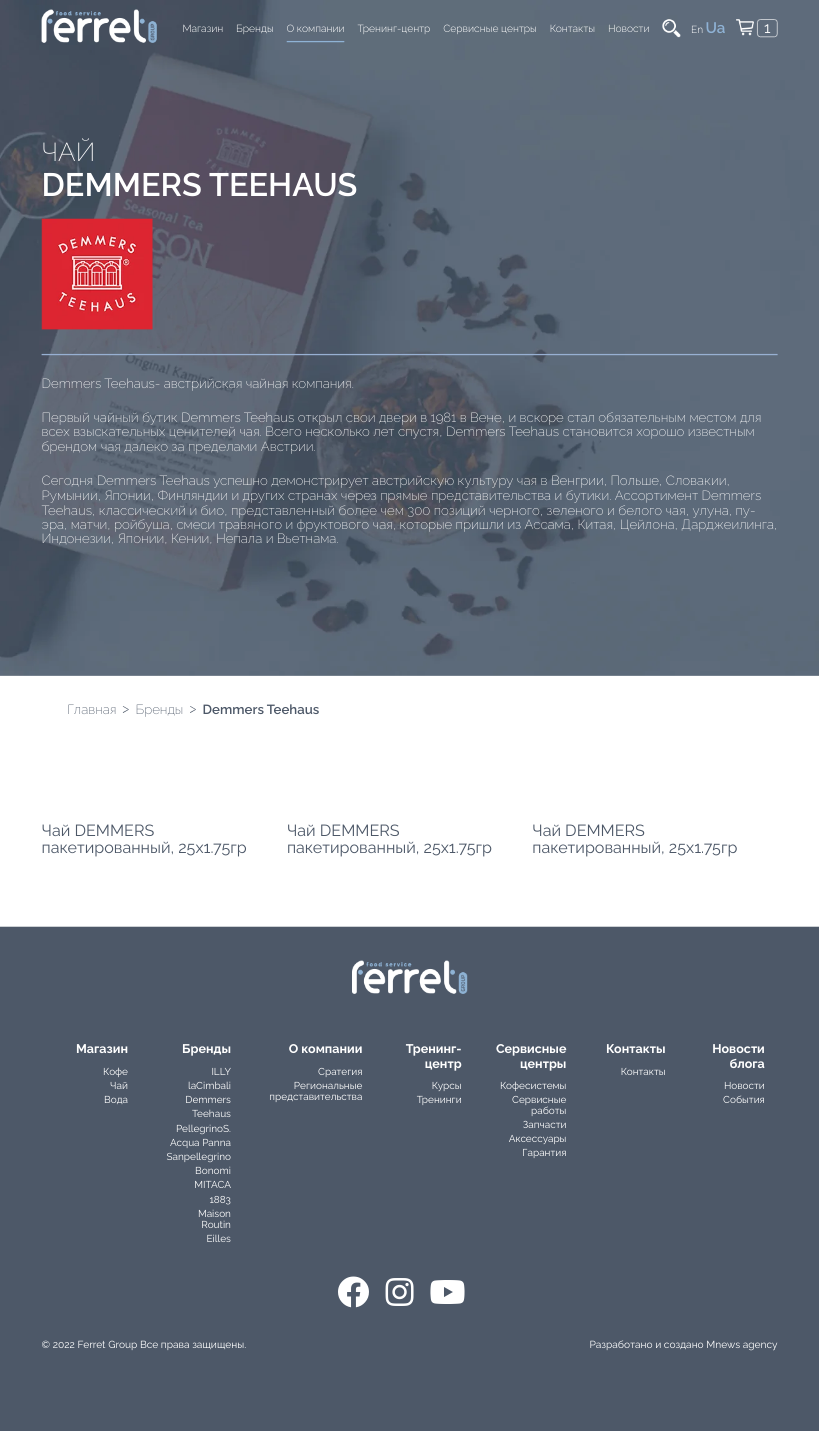
Repository: fanbear/ferret
Page: brands.html
An editor plug-in stored every save of this project. The page is shown before and after the next save, followed by the edit.
The browser window is 1280 px wide. The pictures show the whole page, at 64% of full size.

Above is the page before, as saved 2022-02-02 00:15:51.
Console error: TypeError: Cannot read properties of null (reading 'addEventListener')

### brands.html
<!DOCTYPE html>
<html lang="en">

<head>
    <meta charset="UTF-8">
    <meta http-equiv="X-UA-Compatible" content="IE=edge">
    <meta name="viewport" content="width=device-width, initial-scale=1.0">
    <title>Document</title>
    <link preload
        href="https://fonts.googleapis.com/css2?family=Raleway:ital,wght@0,100;0,200;0,300;0,400;0,500;0,600;0,700;0,800;1,100;1,200;1,300;1,400;1,500;1,600;1,700&display=swap"
        rel="stylesheet">

    <link rel="stylesheet" href="./css/normalize.css">
    <link rel="stylesheet" href="./css/critical.css">
    <link rel="stylesheet" href="./css/media.css">

</head>

<body>
    <header class="flex-containev main__header">
        <div class="flex-row">
            <div class="main__header-wrapper">
                <div class="header__wrapper-logo">
                    <img src="./img/logotype.png" alt="ferretGroup" width="180" height="52">
                </div>
                <nav class="header__wrapper-menu">
                    <ul>
                        <li><a href="#">Магазин</a></li>
                        <li><a href="#">Бренды</a></li>
                        <li class="active"><a href="#">О компании</a></li>
                        <li><a href="#">Тренинг-центр</a></li>
                        <li><a href="#">Сервисные центры</a></li>
                        <li><a href="#">Контакты</a></li>
                        <li><a href="#">Новости</a></li>
                    </ul>
                </nav>
                <div class="header__wrapper-actions">
                    <div class="wrapper__actions-search">
                        <a href="#"><img src="./img/search.png" alt="Поиск" width="28" height="28"></a>
                    </div>
                    <div class="wrapper__actions-language">
                        <a href="#">En</a>
                        <a class="active" href="#">Ua</a>
                    </div>
                    <div class="wrapper__actions-busket">
                        <img src="./img/basket.png" alt="корзина" width="28" height="25">
                        <span>1</span>
                    </div>
                </div>
            </div>
        </div>
    </header>
    <main class="flex-container main__content">
        <section class="brand__header" style="background-image: url('./img/brand-tea.webp');">
            <div class="flex-row">
                <div class="brand__header-title">
                    <h1>ЧАЙ <span>DEMMERS TEEHAUS</span></h1>
                </div>
                <div class="brand__header-logotype">
                    <img src="./img/tea-logo.webp" alt="DEMMERS TEEHAUS" width="174" height="174">
                </div>
                <hr class="brand__header-line">
                <div class="brand__header-desc">
                    <p>Demmers Teehaus- австрийская чайная компания.</p>
                    <p>Первый чайный бутик Demmers Teehaus открыл свои двери в 1981 в Вене, и вскоре стал обязательным
                        местом для всех
                        взыскательных ценителей чая. Всего несколько лет спустя, Demmers Teehaus становится хорошо
                        известным
                        брендом чая далеко
                        за пределами Австрии.</p>
                    <p>Сегодня Demmers Teehaus успешно демонстрирует австрийскую культуру чая в Венгрии, Польше,
                        Словакии,
                        Румынии, Японии,
                        Финляндии и других странах через прямые представительства и бутики. Ассортимент Demmers Teehaus,
                        классический и био,
                        представленный более чем 300 позиций черного, зеленого и белого чая, улуна, пу-эра, матчи,
                        ройбуша,
                        смеси травяного и
                        фруктового чая, которые пришли из Ассама, Китая, Цейлона, Дарджеилинга, Индонезии, Японии,
                        Кении,
                        Непала и Вьетнама.</p>
                </div>
            </div>
        </section>
        <section class="brand__product">
            <div class="flex-row">
                <div class="breadcrumbs">
                    <ul>
                        <!-- Breadcrumb NavXT 7.0.2 -->
                        <li class="home post post-page">
                            <a title="Перейти к web-heaven." href="#">Главная</a>
                        </li>
                        <li class="post post-page">
                            <a title="Перейти к web-heaven." href="#">Бренды</a>
                        </li>
                        <li class="post post-page current-item">
                            <span class="post post-page current-item">Demmers Teehaus</span>
                        </li>
                    </ul>
                </div>
                <div class="brand__product-filter">
                    <div class="filter__item">
                        <div class="filter__item-title filter__item-active">
                            <a href="#">Чай DEMMERS пакетированный, 25х1.75гр</a>
                        </div>
                    </div>
                    <div class="filter__item">
                        <div class="filter__item-title filter__item-active">
                            <a href="#">Чай DEMMERS пакетированный, 25х1.75гр</a>
                        </div>
                    </div>
                    <div class="filter__item">
                        <div class="filter__item-title filter__item-active">
                            <a href="#">Чай DEMMERS пакетированный, 25х1.75гр</a>
                        </div>
                    </div>
                </div>
                <div class="brand__product-wrapper"></div>
            </div>
        </section>
    </main>
    <footer class="flex-containe main__footer">
        <div class="flex-row">
            <div class="main__footer-logotype"><img src="./img/logotype.png" alt="ferretGroup" width="180" height="52">
            </div>
            <div class="main__footer-menu">
                <div class="footer__menu-item">
                    <div class="footer__menu-item__title">Магазин</div>
                    <ul class="footer__menu-item__list">
                        <li><a href="#">Кофе</a></li>
                        <li><a href="#">Чай</a></li>
                        <li><a href="#">Вода</a></li>
                    </ul>
                </div>
                <div class="footer__menu-item">
                    <div class="footer__menu-item__title">Бренды</div>
                    <ul class="footer__menu-item__list">
                        <li><a href="#">ILLY</a></li>
                        <li><a href="#">laCimbali</a></li>
                        <li><a href="#">Demmers</a></li>
                        <li><a href="#">Teehaus</a></li>
                        <li><a href="#">Pellegrino</a>S.</li>
                        <li><a href="#">Acqua Panna</a></li>
                        <li><a href="#">Sanpellegrino</a></li>
                        <li><a href="#">Bonomi</a></li>
                        <li><a href="#">MITACA</a></li>
                        <li><a href="#">1883</a></li>
                        <li><a href="#">Maison Routin</a></li>
                        <li><a href="#">Eilles</a></li>
                    </ul>
                </div>
                <div class="footer__menu-item">
                    <div class="footer__menu-item__title">О компании</div>
                    <ul class="footer__menu-item__list">
                        <li><a href="#">Сратегия</a></li>
                        <li><a href="#">Региональные представительства</a></li>
                    </ul>
                </div>
                <div class="footer__menu-item">
                    <div class="footer__menu-item__title">Тренинг-центр</div>
                    <ul class="footer__menu-item__list">
                        <li><a href="#">Курсы</a></li>
                        <li><a href="#">Тренинги</a></li>
                    </ul>
                </div>
                <div class="footer__menu-item">
                    <div class="footer__menu-item__title">Сервисные центры</div>
                    <ul class="footer__menu-item__list">
                        <li><a href="#">Кофесистемы</a></li>
                        <li><a href="#">Сервисные работы</a></li>
                        <li><a href="#">Запчасти</a></li>
                        <li><a href="#">Аксессуары</a></li>
                        <li><a href="#">Гарантия</a></li>
                    </ul>
                </div>
                <div class="footer__menu-item">
                    <div class="footer__menu-item__title">Контакты</div>
                    <ul class="footer__menu-item__list">
                        <li><a href="#">Контакты</a></li>
                    </ul>
                </div>
                <div class="footer__menu-item">
                    <div class="footer__menu-item__title">Новости блога</div>
                    <ul class="footer__menu-item__list">
                        <li><a href="#">Новости</a> </li>
                        <li><a href="#">События</a></li>
                    </ul>
                </div>
            </div>
            <div class="main__footer-social">
                <a href="#"><i class="fab fa-facebook"></i></a>
                <a href="#"><i class="fab fa-instagram"></i></a>
                <a href=""><i class="fab fa-youtube"></i></a>
            </div>
            <div class="main__footer-bottom">
                <div class="footer__bottom-item"><a href="#">© 2022 Ferret Group Все права защищены.</a></div>
                <div class="footer__bottom-item"><a href="#">Разработано и создано Mnews agency</a></div>
            </div>
        </div>



        <link rel="stylesheet" href="./css/main.css">
        <link rel="stylesheet" type="text/css" href="./css/slick.css" />
        <link preload rel="stylesheet" href="https://use.fontawesome.com/releases/v5.15.4/css/all.css"
            integrity="sha384-DyZ88mC6Up2uqS4h/KRgHuoeGwBcD4Ng9SiP4dIRy0EXTlnuz47vAwmeGwVChigm" crossorigin="anonymous">
        <script src="https://code.jquery.com/jquery-3.6.0.min.js"
            integrity="sha256-/xUj+3OJU5yExlq6GSYGSHk7tPXikynS7ogEvDej/m4=" crossorigin="anonymous"></script>
        <script src="https://ajax.googleapis.com/ajax/libs/jquery/1.12.3/jquery.min.js"></script>
        <script type="text/javascript" src="./js/slick.min.js"></script>

        <script src="./js/main.js"></script>
        <script>
            $(document).ready(function () {
                $('.blog__news-slider').slick({
                    slidesToShow: 4,
                    slidesToScroll: 1,
                    // autoplay: true,
                    infinite: true,
                    autoplaySpeed: 2000,
                    prevArrow: "<button type='button' class='slick-prev pull-left'><span class='btn-arrow'></span></button>",
                    nextArrow: "<button type='button' class='slick-next pull-left'><span class='btn-arrow'></button>",
                });
            });
        </script>
    </footer>

</body>

</html>

### css/critical.css
:root {
    --desktop-width: 1180px;
    --table-width: 768px;
    --mobile-width: 478px;
}

html, body {
    scroll-behavior: smooth;
}

body {
    font-size: 14px;
    color: #ffffff;
    font-family: 'Raleway', sans-serif;
    line-height: 1.1;
    background: white;

}

div {
    box-sizing: border-box;
    -moz-box-sizing: border-box;
    -webkit-box-sizing: border-box;
}

a {
    color: white;
    text-decoration: none;
}

.flex-container {
    width: 100%;
    display: flex;
    flex-direction: column;
}

.flex-row {
    width: var(--desktop-width);
    display: flex;
    flex-direction: column;
    margin: 0 auto;
    padding: 0 15px;
}

.flex-center {
    display: flex;
    justify-content: center !important;
}

.main__header {
    position: fixed;
    top: 0;
    z-index: 2;
    width: 100%;
    padding: 15px 0;
    background-color: transparent;
}

/* Шапка сайта ----------------------
-------------------------------------*/
.header__wrapper-logo {
    display: flex;
    max-width: 180px;
    margin-bottom: 10px;
}

.header__wrapper-logo img {
    object-fit: cover;
}

.main__header-wrapper {
    display: flex;
    justify-content: space-between;
    align-items: center;

}

.header__wrapper-menu ul {
    display: flex;
    margin: 0;
}

.header__wrapper-menu ul li {
    list-style: none;
    margin-right: 20px;
    height: 40px;
    display: flex;
    align-items: center;
    box-sizing: border-box;
    border-bottom: 2px solid transparent;
    transition: 0.4s ease-out;
}

.header__wrapper-menu ul li:hover {
    border-bottom: 2px solid #8fb2d5;
    transition: 0.4s ease-in;
}

.header__wrapper-menu ul li.active {
    border-bottom: 2px solid #8fb2d5;
}

.header__wrapper-menu ul li a {
    font-size: 1.15em;
    font-weight: 300;
}

.header__wrapper-actions {
    width: 180px;
    display: flex;
    justify-content: space-between;
}

.wrapper__actions-language a {
    font-size: 1.14em;
    font-weight: 300;
}

.wrapper__actions-language a.active {
    font-size: 1.7em;
    font-weight: 600;
    color: #8fb2d5;
}

.wrapper__actions-busket {
    display: flex;
}

.wrapper__actions-busket img {
    margin-right: 5px;
}

.wrapper__actions-busket span {
    font-size: 1.7em;
    border-radius: 5px;
    width: 30px;
    height: 26px;
    border: 1px solid white;
    display: flex;
    justify-content: center;
    align-items: center;
}

.scroll-active {
    background-color: #4d5868;
    animation: bg-add 0.8s;
}

.scroll-deactive {
    background-color: transparent;
    animation: bg-dell 0.8s;
}

@keyframes bg-add {
    0% {
        background-color: transparent;
    }

    100% {
        background-color: #4d5868;
    }
}

@keyframes bg-dell {
    0% {
        background-color: #4d5868;
    }

    100% {
        background-color: transparent;
    }
}

/* Хлебные крошки */
.breadcrumbs {
    margin: 27px 0;
}

.breadcrumbs ul {
    display: flex;
}

.breadcrumbs ul li {
    margin-right: 30px;
    position: relative;
    list-style: none;
}

.breadcrumbs ul li a {
    color: #4d5868;
    font-weight: 200;
    font-size: 1.48em;
}

.breadcrumbs ul li span {
    color: #4d5868;
    font-weight: 600;
    font-size: 1.48em;
}

.breadcrumbs ul li a::before {
    content: '';
    background-color: #4d5868;
    height: 10px;
    width: 1px;
    position: absolute;
    display: block;
    right: -15px;
    top: 4px;
    transform: rotate(-60deg);
}

.breadcrumbs ul li a::after {
    content: '';
    background-color: #4d5868;
    height: 10px;
    width: 1px;
    position: absolute;
    display: block;
    right: -15px;
    bottom: 4px;
    transform: rotate(60deg);
}

/* Главная страница --------------------
----------------------------------------*/
.video {
    position: relative;
    display: flex;
    min-height: 100vh;
    flex-direction: column;
}

.video .video__item {
    position: absolute;
    left: 0;
    top: 0;
    width: 100%;
    height: 100%;
    object-fit: cover;
}

.arrow-down {
    position: absolute;
    z-index: 2;
    bottom: 145px;
    left: calc(50% - 20px);
    display: flex;
    justify-content: center;
    align-items: center;
    width: 20px;
    cursor: pointer;
}

.arrow-down a {
    width: 20px;
    height: 100%;
}

.arrow-down a span {
    display: flex;
    height: 60px;
    width: 3px;
    background-color: white;
    position: relative;
}

.arrow-down a span::before {
    content: '';
    display: block;
    position: absolute;
    height: 15px;
    width: 3px;
    bottom: -3px;
    left: -4px;
    transform: rotate(-45deg);
    background-color: white;
}

.arrow-down a span::after {
    content: '';
    display: block;
    position: absolute;
    height: 15px;
    width: 3px;
    bottom: -3px;
    left: 4px;
    transform: rotate(45deg);
    background-color: white;
}

/* Страница брендов --------------------
----------------------------------------*/
.brand__header {
    padding: 216px 0 202px 0;
    background-size: cover;
    background-position: center;
    background-repeat: no-repeat;
}

.brand__header-title h1 {
    font-size: 2.9em;
    font-weight: 200;
    margin: 0 0 25px 0;
}

.brand__header-title span {
    display: block;
    font-weight: 600;
    font-size: 1.25em;
}

.brand__header-line {
    background: #98b0d2;
    width: 100%;
    height: 2px;
    border: 0;
    margin: 34px 0;
}

.brand__header-desc p {
    font-size: 1.48em;
    font-weight: 200;
    margin-top: 0;
    margin-bottom: 30px;
}

.brand__header-desc p:last-child {
    margin: 0;
}

### css/main.css
/* Стрелка в кнопках */
.btn-arrow {
    width: 56px;
    background: white;
    height: 2px;
    display: flex;
    margin-left: 12px;
    position: relative;
}

.btn-arrow::before {
    content: '';
    display: block;
    width: 10px;
    height: 2px;
    background: inherit;
    right: -1px;
    position: absolute;
    transform: rotate(45deg);
    top: -3px;
}

.btn-arrow::after {
    content: '';
    display: block;
    width: 10px;
    height: 2px;
    background: inherit;
    right: -1px;
    position: absolute;
    transform: rotate(-45deg);
    top: 3px;
}


/* Портфолио */
.main__text {
    height: 90px;
    width: 100%;
    background-color: #4d5868;
    display: flex;
    align-items: center;
}

.main__text-item {
    font-size: 2.4em;
}

.main__text-link {
    margin-top: 30px;
    border: 1px solid white;
    border-radius: 10px;
    padding: 13px 45px 11px 50px;
    max-width: 400px;
    margin: 0 auto;
}

.main__text-link a {
    font-size: 1.45em;
    display: flex;
    align-items: center;
}

.briefcase__item {
    background-size: cover;
    background-repeat: no-repeat;
    background-position: center;
    padding: 228px 0 172px 0;
}

.briefcase__item-right {
    display: flex;
    align-items: flex-end;
    flex-direction: column;
    margin: 0 right;
}

.briefcase__item-left {
    display: flex;
    align-items: flex-start;
    flex-direction: column;
    margin: 0 right;
}

.briefcase__item-title {
    font-size: 3.59em;
    font-weight: 600;
}

.briefcase__item-text {
    margin-top: 10px;
    font-size: 1.8em;
    max-width: 490px;
}

.briefcase__item-link {
    margin-top: 30px;
    border: 1px solid white;
    border-radius: 10px;
    padding: 16px 12px 12px 16px;
}

.briefcase__item-left .briefcase__item-link {
    margin-top: 60px;
}

.briefcase__item-link a {
    font-size: 1.45em;
    display: flex;
    align-items: center;
    font-weight: 700;
}

/* Про компанию */
.about {
    background-color: #8fb2d5;
}

.about__wrapper-item {
    display: flex;
    justify-content: space-between;
    flex: wrap;
}

.about__wrapper-text {
    flex: 1 1 50%;
    margin-right: 15px;
    padding: 85px 0 36px 0;
}

.about__wrapper-img {
    flex: 1 1 50%;
    margin-left: 15px;
    background-size: cover;
    background-repeat: no-repeat;
}


.about__wrapper-title {
    font-size: 2.4em;
    font-weight: bold;
    text-transform: uppercase;
}

.about__wrapper-desc {
    margin: 75px 0 46px 80px;
    font-size: 1.8em;
    color: #000000;
    font-weight: 300;
    word-break: break-all;
}

.about__wrapper-link {
    display: flex;
}

.about__wrapper-link a {
    border: 1px solid white;
    border-radius: 10px;
    padding: 24px 16px 18px 22px;
    display: flex;
    align-items: center;
    font-size: 1.8em;
    font-weight: 600;
}

/* Новости блога */
.blog__news {
    padding-top: 80px;
    padding-bottom: 120px;
}

.blog__news-text {
    display: flex;
    justify-content: space-between;
    align-items: center;
    margin-bottom: 43px;
}

.news-text__title {
    font-size: 2.3em;
    font-weight: 700;
    color: #4d5868;
    text-transform: uppercase;
}

.news-text__link a {
    color: #8fb2d5;
    font-size: 1.2em;
    display: flex;
    align-items: center;
}

.news-text__link span {
    background: #8fb2d5;
}

.slider__item {
    display: flex;
    flex-direction: column;
    align-items: center
}

.slider__item-image {
    width: 100%;
    height: 267px;
    display: flex;
    background-size: cover;
    background-repeat: no-repeat;
    background-position: center;
}

.slider__item-title {
    height: 115px;
    display: flex;
    align-items: center;
    padding: 0 20px;
    background: #4d5868;
    box-sizing: border-box;
    font-size: 1.2em;
    font-weight: 700;
    margin-top: -1px;
    /* word-break: break-all; */
}

.slider__item-text {
    height: 150px;
    border: 1px solid #4d5868;
    border-radius: 0 0px 10px 10px;
    box-sizing: border-box;
    padding: 10px 20px 0 20px;
    display: flex;
    flex-direction: column;
    justify-content: space-between;
    /* word-break: break-all; */
}

.slider__item-text p {
    color: #000000;
    font-size: 1.2em;
    font-weight: 300;
    margin: 0;
}

.slider__item-text-link {
    margin: 15px 0;

}

.slider__item-text-link a {
    height: 15px;
    display: flex;
    align-items: center;
}

.slider__item-text-link a span {
    background: #8fb2d5;
    margin: 0;

}

.slick-slide {
    margin: 0 15px;
}

.slick-list {
    margin: 0 -15px !important;
}

.slick-prev,
.slick-next {
    border: 0;
    position: absolute;
    top: calc(50% - 22px);
    height: 43px;
    width: 63px;
    background: #8fb2d5;
    display: flex;
    justify-content: center;
    align-items: center;
    z-index: 1;
    cursor: pointer;
}

.slick-prev {
    border-radius: 0 10px 10px 0;
}

.slick-next {
    right: 0;
    border-radius: 10px 0 0 10px;
}

.slick-prev span {
    margin: 0;
    transform: rotate(180deg);
}

.slick-next span {
    marign: 0;
}

/* Footer */
.main__footer {
    background: #4d5868;
    padding-bottom: 125px;
}

.main__footer-logotype {
    margin: 53px auto 73px auto;
}

.main__footer-menu {
    display: flex;
    justify-content: space-between;
}

.footer__menu-item {
    flex: 1 1 calc(100% / 7);
    padding-right: 20px;
}

.footer__menu-item__title {
    font-size: 1.4em;
    font-weight: bold;
    text-align: right;
}

.footer__menu-item__list li {
    list-style: none;
    text-align: right;
    font-size: 1.12em;
    margin-bottom: 5px;
}

.main__footer-social {
    display: flex;
    justify-content: center;
    align-items: center;
    margin-top: 35px;
    margin-bottom: 50px;
}

.main__footer-social a {
    margin-right: 25px;

}

.main__footer-social a i {
    font-size: 50px;
}

.main__footer-bottom {
    display: flex;
    justify-content: space-between;
    align-items: center;
}

.footer__bottom-item a {
    font-size: 1.14em;
}


/* Шаблон страницы бренда */
.brand__product-filter {
    margin-top: 90px;
    margin-bottom: 76px;
    display: flex;
    flex-wrap: wrap;
}

.filter__item {
    flex: 1 1 calc(100% / 3 - 33px);
    margin: 33px 0;
}

.filter__item-title a {
    font-size: 1.8em;
    color: #4d5868;
}

Loaded but not shown: css/normalize.css (library); css/slick.css (common file); js/slick.min.js (library); js/main.js (29 lines, source omitted); css/media.css (no stored copy; drawn as an empty file)

After the next save:
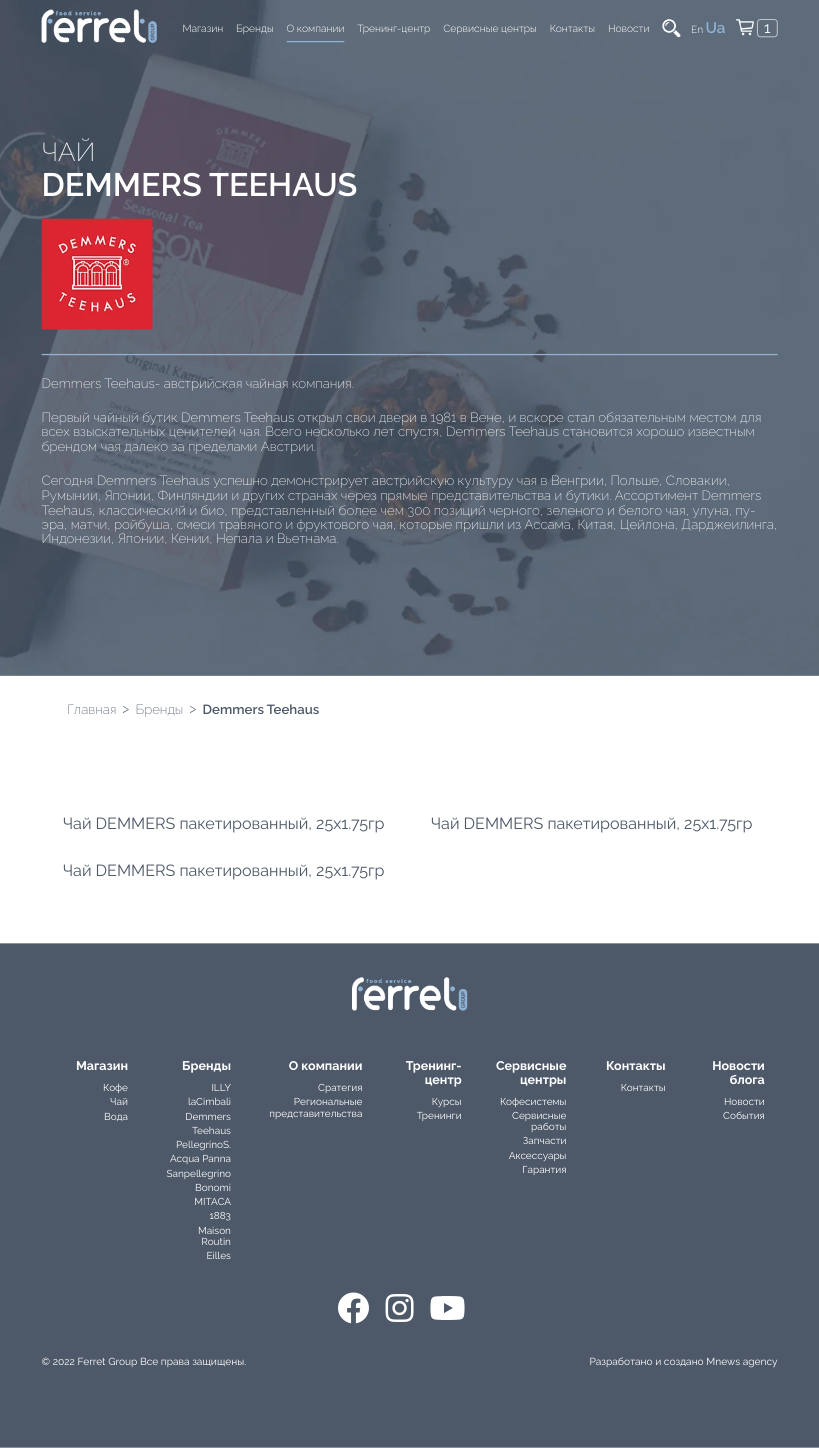
Saved 40 s later.
--- a/css/main.css
+++ b/css/main.css
@@ -371,7 +371,7 @@
 
 .filter__item {
     flex: 1 1 calc(100% / 3 - 33px);
-    margin: 33px 0;
+    margin: 23px 33px;
 }
 
 .filter__item-title a {
